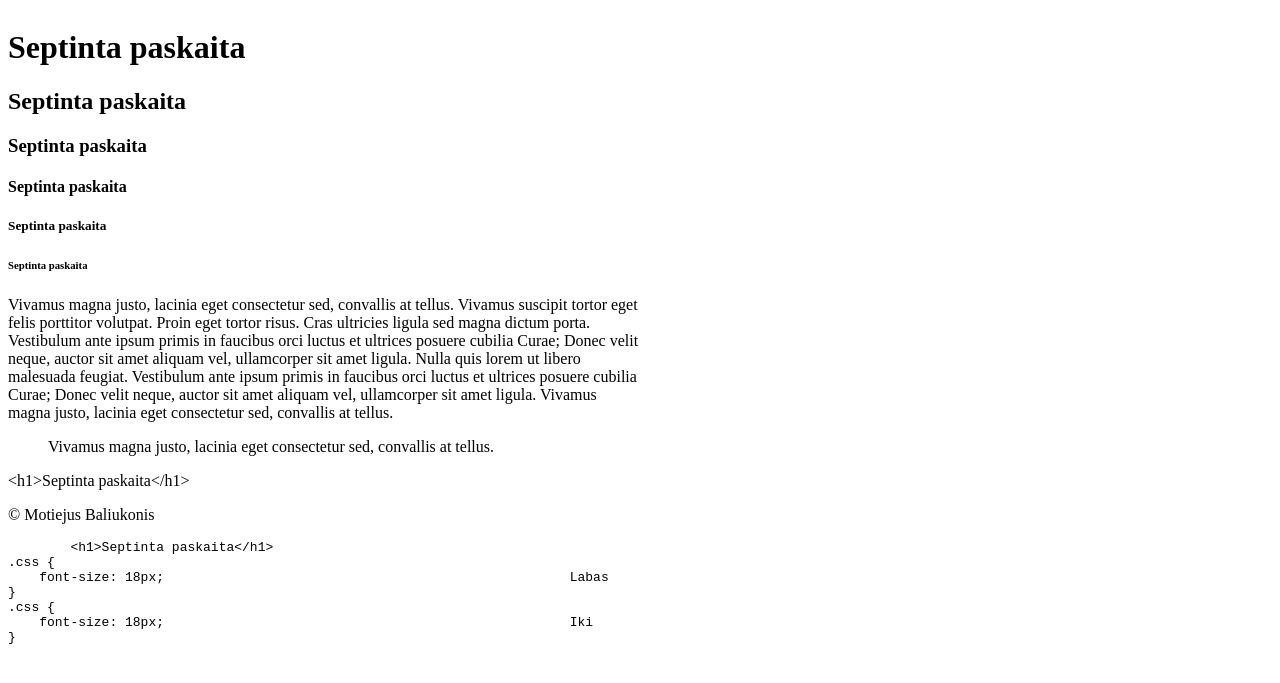
Repository: motiejus1/07-paskaita-05.31
Page: index.html
The author's editor kept a copy of each file at every save. The page is drawn from the files as they stood at one save, then again after a run of saves.
The browser window is 1280 px wide. The pictures show the whole page.

Above is the page before, as saved 2021-06-10 18:59:26.

### index.html
<!DOCTYPE html>
<html lang="en">
<head>
    <meta charset="UTF-8">
    <meta http-equiv="X-UA-Compatible" content="IE=edge">
    <meta name="viewport" content="width=device-width, initial-scale=1.0">
    <title>Septinta paskaita</title>
    <style>
        .container {
            width: 100%;
        }

        .left, .right {
            float:left;
            width: 50%;
        }
    </style>
</head>
<body>
    <div class="container">
        <div class="left">
            <h1>Septinta paskaita</h1>
            <h2>Septinta paskaita</h2>
            <h3>Septinta paskaita</h3>
            <h4>Septinta paskaita</h4>
            <h5>Septinta paskaita</h5>
            <h6>Septinta paskaita</h6>

            <p>Vivamus magna justo, lacinia eget consectetur sed, convallis at tellus. Vivamus suscipit tortor eget felis porttitor volutpat. Proin eget tortor risus. Cras ultricies ligula sed magna dictum porta. Vestibulum ante ipsum primis in faucibus orci luctus et ultrices posuere cubilia Curae; Donec velit neque, auctor sit amet aliquam vel, ullamcorper sit amet ligula. Nulla quis lorem ut libero malesuada feugiat. Vestibulum ante ipsum primis in faucibus orci luctus et ultrices posuere cubilia Curae; Donec velit neque, auctor sit amet aliquam vel, ullamcorper sit amet ligula. Vivamus magna justo, lacinia eget consectetur sed, convallis at tellus.</p>

            <blockquote>Vivamus magna justo, lacinia eget consectetur sed, convallis at tellus.</blockquote>

            <p> &lt;h1&gt;Septinta paskaita&lt;/h1&gt;  </p>
            <p>&copy; Motiejus Baliukonis</p>

            <pre>
        &lt;h1&gt;Septinta paskaita&lt;/h1&gt;
.css {
    font-size: 18px;                                                    Labas
}
.css {
    font-size: 18px;                                                    Iki
}
            </pre>
        </div>
        <div class="right"></div>
    </div>
</body>
</html>

After the next 2 saves:
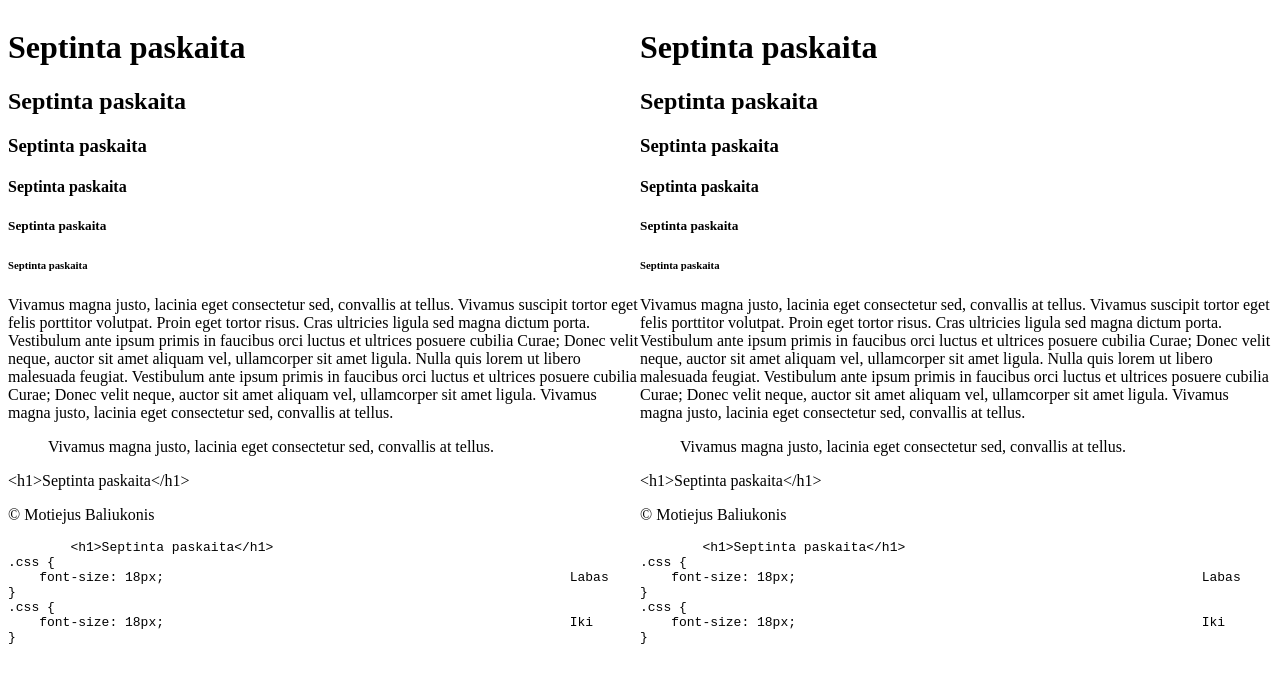
The 2 saves are shown as one change because they came seconds apart.
The last was saved 14 s later.
--- a/index.html
+++ b/index.html
@@ -43,7 +43,31 @@
 }
             </pre>
         </div>
-        <div class="right"></div>
+        <div class="right">
+            <h1>Septinta paskaita</h1>
+            <h2>Septinta paskaita</h2>
+            <h3>Septinta paskaita</h3>
+            <h4>Septinta paskaita</h4>
+            <h5>Septinta paskaita</h5>
+            <h6>Septinta paskaita</h6>
+
+            <p>Vivamus magna justo, lacinia eget consectetur sed, convallis at tellus. Vivamus suscipit tortor eget felis porttitor volutpat. Proin eget tortor risus. Cras ultricies ligula sed magna dictum porta. Vestibulum ante ipsum primis in faucibus orci luctus et ultrices posuere cubilia Curae; Donec velit neque, auctor sit amet aliquam vel, ullamcorper sit amet ligula. Nulla quis lorem ut libero malesuada feugiat. Vestibulum ante ipsum primis in faucibus orci luctus et ultrices posuere cubilia Curae; Donec velit neque, auctor sit amet aliquam vel, ullamcorper sit amet ligula. Vivamus magna justo, lacinia eget consectetur sed, convallis at tellus.</p>
+
+            <blockquote>Vivamus magna justo, lacinia eget consectetur sed, convallis at tellus.</blockquote>
+
+            <p> &lt;h1&gt;Septinta paskaita&lt;/h1&gt;  </p>
+            <p>&copy; Motiejus Baliukonis</p>
+
+            <pre>
+        &lt;h1&gt;Septinta paskaita&lt;/h1&gt;
+.css {
+    font-size: 18px;                                                    Labas
+}
+.css {
+    font-size: 18px;                                                    Iki
+}
+            </pre>
+        </div>
     </div>
 </body>
 </html>
